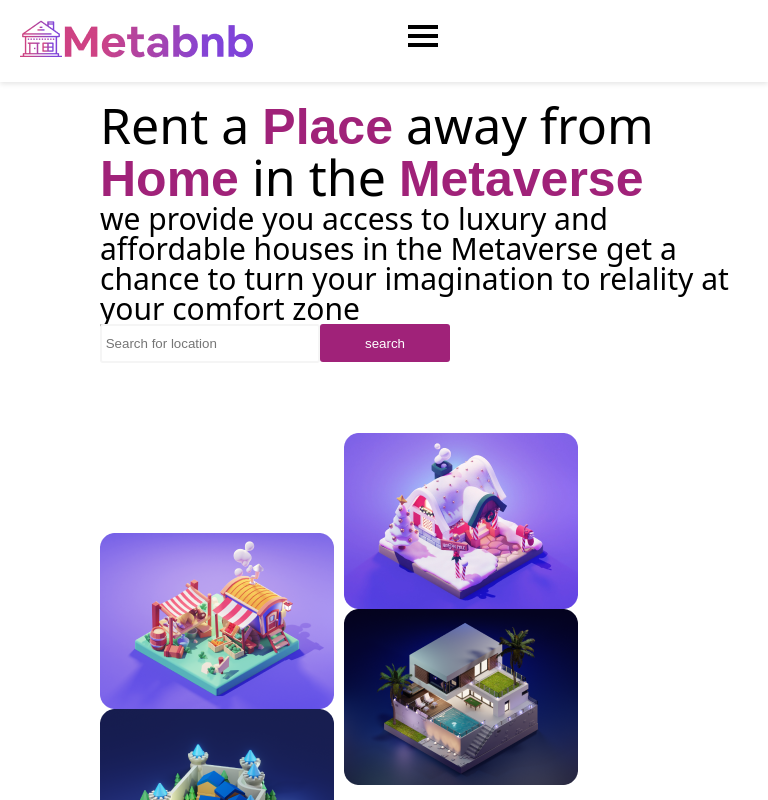
Repository: trenzyfx1/Metabnb
Page: index.html
These files come from the project's save history. The page is drawn as it stood at one moment and after the next save; the edit follows.
The browser window is 768 px wide. The pictures show the whole page.
An inner scrolling area shows only its first screen.

Above is the page before, as saved 2025-05-12 14:53:26.

After the next save:
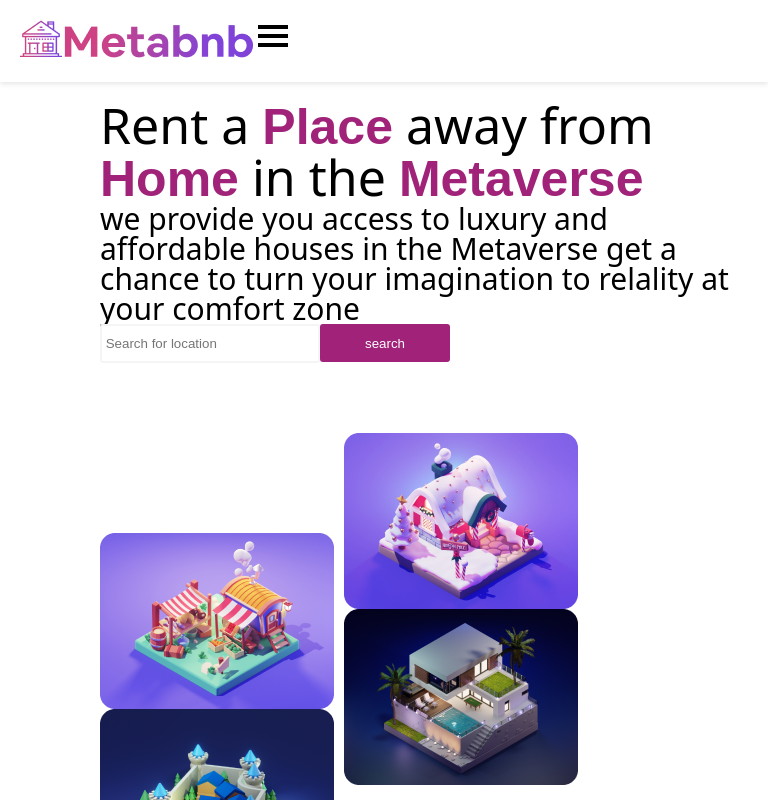
Saved 12 s later.
--- a/style.css
+++ b/style.css
@@ -373,7 +373,7 @@
         display: flex;
         flex-direction: row;
         justify-content: space-between;
-        gap: 55%;
+        /* gap: 55%; */
 
     }
 

After the save that followed:
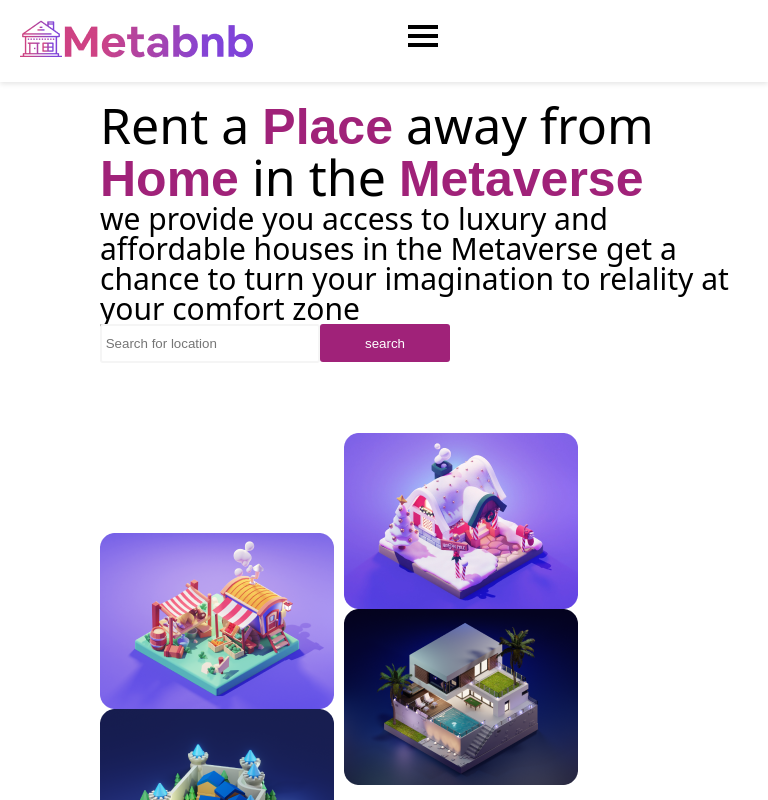
Saved 16 s later.
--- a/style.css
+++ b/style.css
@@ -373,7 +373,7 @@
         display: flex;
         flex-direction: row;
         justify-content: space-between;
-        /* gap: 55%; */
+        gap: 55%;
 
     }
 
